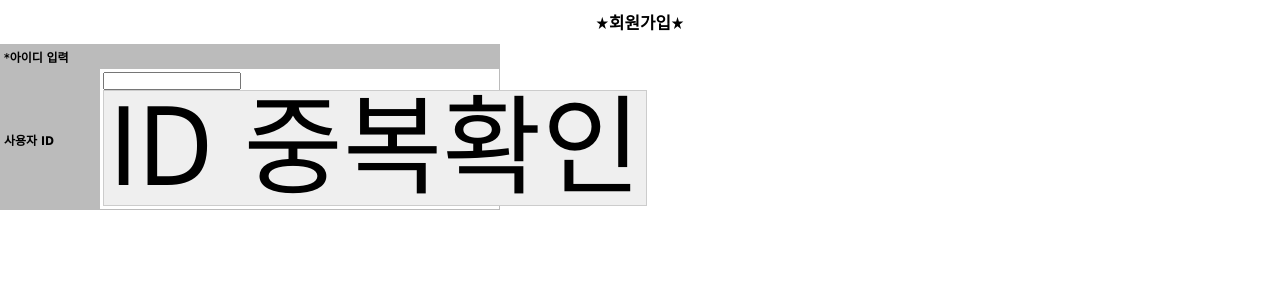
Repository: eParkjongtaek/lovedisket
Page: http://localhost/KH18_1/0904/inputForm.jsp
These files come from the project's save history. The page is drawn as it stood at one moment and after the next save; the edit follows.
The browser window is 1280 px wide. The pictures show the whole page.
The page is served by Tomcat 9. Other server files are loaded and not shown.

Above is the page before, as saved 2017-09-04 04:19:16.

### source/KH18_1/WebContent/0904/inputForm.jsp
<%@ page language="java" contentType="text/html; charset=EUC-KR"
    pageEncoding="EUC-KR"%>
<!DOCTYPE html PUBLIC "-//W3C//DTD HTML 4.01 Transitional//EN" "http://www.w3.org/TR/html4/loose.dtd">
<html>
<head>
<meta http-equiv="Content-Type" content="text/html; charset=EUC-KR">
<title>회원가입</title>
<link href="style.css" rel="stylesheet" type="text/css" />

<script type="text/javascript">

function checkIt()
{
	var userinput = eval("document.userinput");
	if(!userinput.id.value)
	{
		alert("ID를 입력하세요!");
		return false;
	}

	if(!userinput.passwd.value)
	{
		alert("비밀번호를 입력하세요!");
		return false;
	}

	if(userinput.passwd.value != userinput.passwd2.value)
	{
		alert("비밀번호가 같아요~");
		return false;
	}

	if(!userinput.name.value)
	{
		alert("이름을 입력하세요!");
		return false;
	}

	if(!userinput.jumin1.value || !userinput.jumin2.value)
	{
		alert("주민등록번호를 입력하세요!");
		return false;
	}


}

</script>

</head>
<body>
	<form action="inputPro.jsp" name="userinput" onsubmit="return checkIt();" method="post">

		<h1>★회원가입★</h1>
		<div id="body">

			<table width="500px;">

				<colgroup>
					<col width="20%"/>
					<col width="*"/>
				</colgroup>

				<tr>
					<th colspan="2" class="subTitle">*아이디 입력</th>
				</tr>
				<tr>
					<th>사용자 ID</th>
					<td>
						<input type="text" name="id" maxlength="12" />
						<input type="button" name="confirm_id" value="ID 중복확인" class="inputBtn" onclick="javascript:openConfirmid(this.form);" />
					</td>
				</tr>

			</table>

		</div>

	</form>
</body>
</html>

### source/KH18_1/WebContent/0904/style.css
* {padding:0;margin:0;}
html {font-family: Tahoma, Dotum, "돋움"; font-size: 0.75em; }
body {font-size:1em;text-align:left;}
#wrap {width:500px; margin:0 auto; text-align:left;}
#footer {text-align:center; padding:10px 0;}
#footer input {vertical-align:middle;}
fieldset {border:none;}
legend {display:none; visibility:hidden;}
table {table-layout: fixed; border-collapse: collapse; padding: 0; border-style:solid; border-width:1px 1px 0 1px; border-color:#bbb;}
th {text-align:left; padding:3px; border-collapse:0; border-style:solid; border-width:0 0 1px 0;border-color:#bbb; background:#bbb;}
td {text-align:left; border-collapse:0; border-style:solid; border-width:0 0 1px 0; border-color:#bbb;padding:3px;}
input {font-family:Tahoma, Dotum, "돋움"; font-size:1em;}
td span {font-size:9em; color:#cc0000;}
h1 {font-size:1.4em; text-align:center; padding:10px 0;}
.w300 {width:300px;}
.w380 {wdith:380px;}
.descB {padding:2px 0; display:block;}
th .subTitle {color:#339900; background:#fff !important; padding:8px 0 8px 5px;}
.inputBtn {border:1px solid #ccc; padding:3px 5px; line-height:1em; font-size:9em;}
#footer .inputBtn {font-size:1.2em; font-weight:bold;}

After the next save:
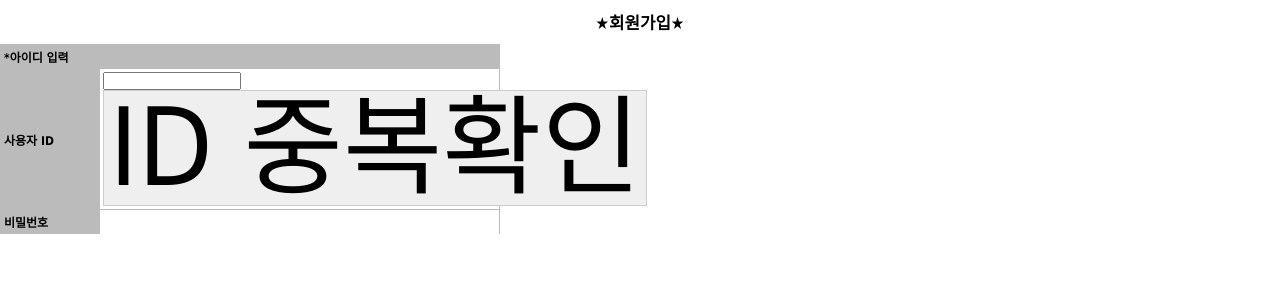
Saved 12 s later.
--- a/source/KH18_1/WebContent/0904/inputForm.jsp
+++ b/source/KH18_1/WebContent/0904/inputForm.jsp
@@ -70,6 +70,9 @@ function checkIt()
 						<input type="text" name="id" maxlength="12" />
 						<input type="button" name="confirm_id" value="ID 중복확인" class="inputBtn" onclick="javascript:openConfirmid(this.form);" />
 					</td>
+					<tr>
+						<th>비밀번호</th>
+					</tr>
 				</tr>
 
 			</table>
